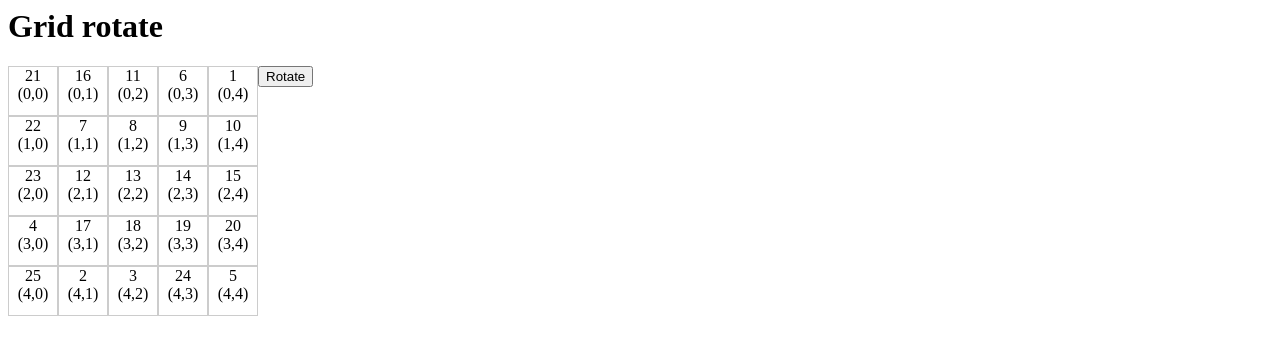
Repository: rashko/rotatematrix
Page: index.html
The author's editor kept a copy of each file at every save. The page is drawn from the files as they stood at one save, then again after the next save.
The browser window is 1280 px wide. The pictures show the whole page.
After loading, the first visible `#rotator` was clicked once.

Above is the page before, as saved 2018-07-07 20:10:40.

After the next save:
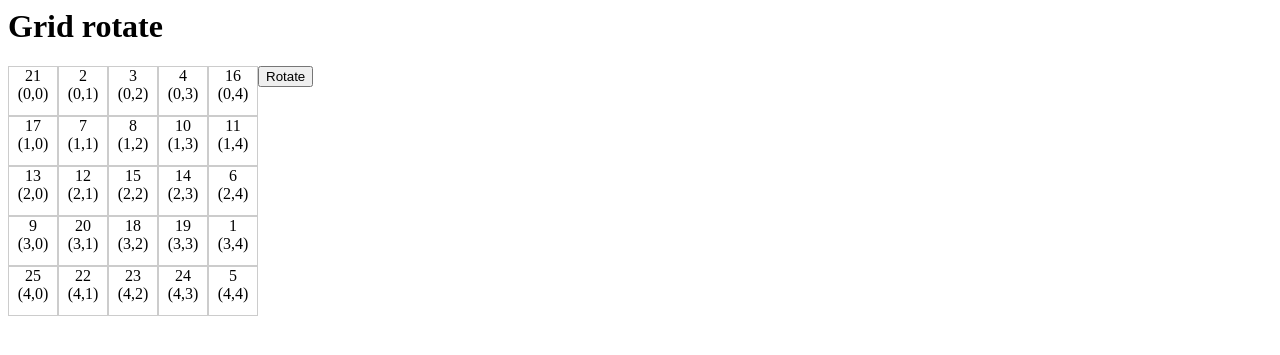
Saved 4 min 22 s later.
--- a/index.html
+++ b/index.html
@@ -77,8 +77,8 @@ function rotGroup(x, y){
     var mem;
     var top = x;
     var left = y;
-    var bottom = GRID_SIZE - x - 1;
-    var right = GRID_SIZE - y - 1;
+    var bottom = GRID_SIZE - y - 1;
+    var right = GRID_SIZE - x - 1;
     /*
     x, y                    => top left
     x, GRID_SIZE - x        => top right
